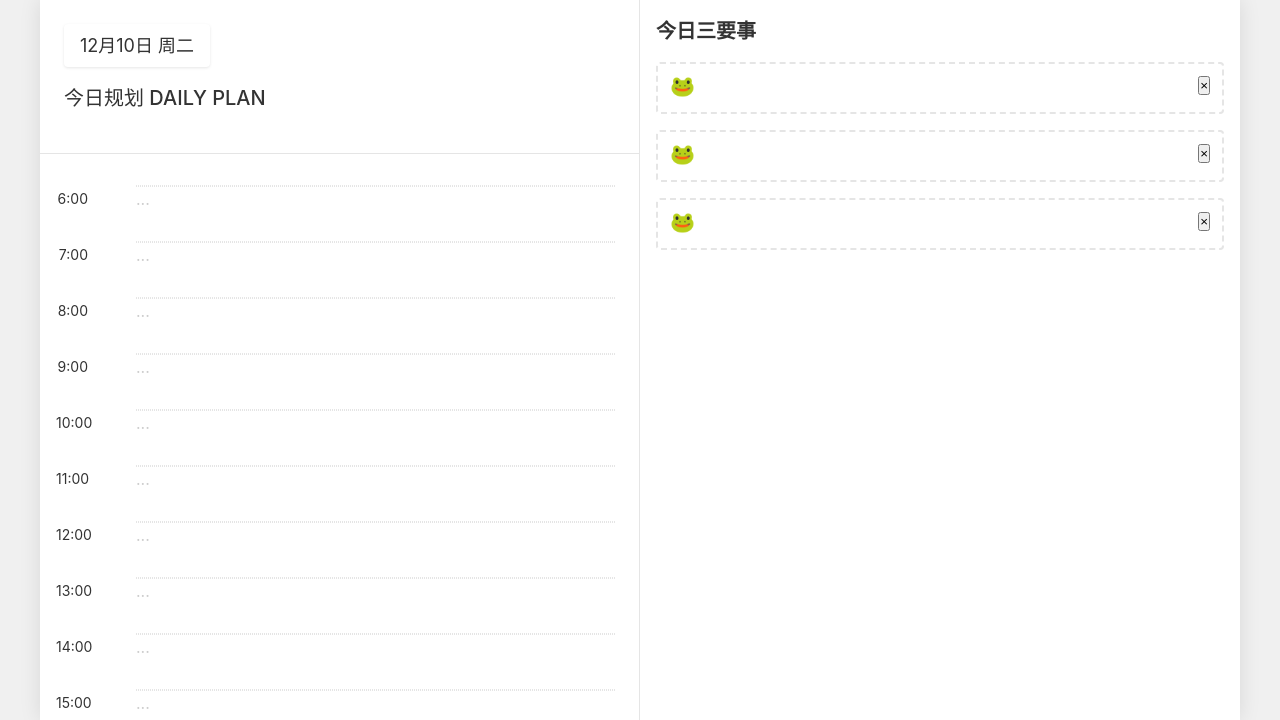
Repository: a6288a/Daily-Planner
Page: index.html
The author's editor kept a copy of each file at every save. The page is drawn from the files as they stood at one save, then again after the next save.
The browser window is 1280 px wide. The pictures show the whole page.
An inner scrolling area shows only its first screen.

Above is the page before, as saved 2024-12-10 17:34:08.

### index.html
<!DOCTYPE html>
<html lang="zh">
<head>
    <meta charset="UTF-8">
    <meta name="viewport" content="width=device-width, initial-scale=1.0">
    <title>每日规划笔记本</title>
    <link rel="stylesheet" href="styles.css">
</head>
<body>
    <div class="container">
        <!-- 左侧时间轴区域 -->
        <div class="timeline-area">
            <!-- 顶部日期区域 -->
            <div class="date-header">
                <div class="current-date" id="current-date">
                    <!-- 日期将通过 JS 动态生成 -->
                </div>
                <h1 class="page-title">今日规划 DAILY PLAN</h1>
            </div>
            <div class="timeline-container" id="timeline-container">
                <!-- 时间轴将通过 JS 动态生成 -->
            </div>
        </div>

        <!-- 右侧区域 -->
        <div class="right-area">
            <!-- 三只青蛙区域 -->
            <div class="frogs-area">
                <h2 class="frogs-title">今日三要事</h2>
                <div class="frog-tasks">
                    <div class="frog-task">
                        <span class="frog-emoji">🐸</span>
                        <div class="task-content" data-index="0">点击设置重要事项</div>
                        <button class="task-clear" title="清除">×</button>
                    </div>
                    <div class="frog-task">
                        <span class="frog-emoji">🐸</span>
                        <div class="task-content" data-index="1">点击设置重要事项</div>
                        <button class="task-clear" title="清除">×</button>
                    </div>
                    <div class="frog-task">
                        <span class="frog-emoji">🐸</span>
                        <div class="task-content" data-index="2">点击设置重要事项</div>
                        <button class="task-clear" title="清除">×</button>
                    </div>
                </div>
            </div>

            <!-- 自由记录区域 -->
            <div class="free-area" id="free-area">
                <!-- 便签将通过 JS 动态生成 -->
            </div>
        </div>
    </div>
    <script src="script.js"></script>
</body>
</html>

### styles.css
:root {
    /* 纸张风格颜色变量 */
    --paper-color: #ffffff;
    --ink-color: #333333;
    --dot-color: #cccccc;
    --line-color: #e5e5e5;
    --accent-color: #4a90e2;

    /* 间距变量 */
    --spacing-unit: 8px;

    /* 字体变量 */
    --title-font: 'PingFang SC', -apple-system, BlinkMacSystemFont, 'Segoe UI', Roboto, sans-serif;
}

* {
    margin: 0;
    padding: 0;
    box-sizing: border-box;
}

body {
    font-family: var(--title-font);
    color: var(--ink-color);
    background-color: #f0f0f0;
    line-height: 1.5;
}

.container {
    display: grid;
    grid-template-columns: 1fr 1fr;
    min-height: 100vh;
    width: 100%;
    max-width: 1200px;
    margin: 0 auto;
    background: var(--paper-color);
    box-shadow: 0 0 20px rgba(0,0,0,0.1);
}

/* 日期头部样式 */
.date-header {
    padding: calc(var(--spacing-unit) * 3);
    border-bottom: 1px solid var(--line-color);
}

.page-title {
    font-size: 1.25rem;
    font-weight: 500;
    margin-bottom: calc(var(--spacing-unit) * 2);
    color: var(--ink-color);
}

.calendar {
    font-size: 0.75rem;
    color: var(--ink-color);
}

.month-grid {
    display: grid;
    grid-template-columns: repeat(12, 1fr);
    gap: 4px;
    margin-bottom: calc(var(--spacing-unit) * 2);
}

.weekday-row {
    display: grid;
    grid-template-columns: repeat(7, 1fr);
    gap: 4px;
}

/* 时间轴区域样式 */
.timeline-area {
    border-right: 1px solid var(--line-color);
    background: var(--paper-color);
    height: 100vh;
    overflow-y: auto;
    padding: 0;
}

.timeline-container {
    padding: calc(var(--spacing-unit) * 2);
}

.time-slot {
    position: relative;
    padding: calc(var(--spacing-unit) * 1.5) 0;
    margin-left: calc(var(--spacing-unit) * 6);
    min-height: 32px;
    display: flex;
    align-items: center;
}

.time-label {
    position: absolute;
    left: calc(var(--spacing-unit) * -6);
    top: 50%;
    transform: translateY(-50%);
    font-size: 0.875rem;
    color: var(--ink-color);
    width: calc(var(--spacing-unit) * 4);
    text-align: right;
}

.time-content {
    position: relative;
    flex: 1;
    margin-left: calc(var(--spacing-unit) * 3);
    min-height: 24px;
    padding: 4px 8px;
    cursor: text;
    z-index: 1;
}

/* 点状引导线 */
.time-content::before {
    content: '';
    position: absolute;
    left: calc(var(--spacing-unit) * -2);
    right: 8px;
    top: 50%;
    border-top: 1px dotted var(--dot-color);
    z-index: -1;
}

/* 时间轴内容的占位符 */
.time-content:empty::before {
    content: '...';
    color: var(--dot-color);
    position: absolute;
    left: 8px;
    top: 50%;
    transform: translateY(-50%);
    z-index: 0;
}

/* 时间轴内容的编辑状态 */
.time-content:focus {
    outline: none;
    background-color: rgba(74, 144, 226, 0.05);
}

.time-content:hover {
    background-color: rgba(0, 0, 0, 0.02);
}

/* 自由区域样式 */
.free-area {
    flex: 1;
    overflow: auto;
    padding: calc(var(--spacing-unit) * 2);
    position: relative;
    overflow: hidden;
}

.note {
    position: absolute;
    min-width: 200px;
    min-height: 120px;
    max-width: calc(100% - 20px);
    max-height: calc(100% - 20px);
    background: var(--paper-color);
    border-radius: 4px;
    padding: 0;
    box-shadow: 0 2px 4px rgba(0,0,0,0.1);
    user-select: none;
    transform: translate3d(0, 0, 0);
    transition: box-shadow 0.2s ease;
}

.note:hover {
    box-shadow: 0 4px 8px rgba(0,0,0,0.15);
}

.editable {
    width: 100%;
    height: 100%;
    border: none;
    resize: none;
    font-family: inherit;
    font-size: 0.9375rem;
    color: var(--text-primary);
    background: transparent;
    padding: 0;
}

.editable:focus {
    outline: none;
}

/* 响应式设计 */
@media (max-width: 768px) {
    .container {
        grid-template-columns: 1fr; /* 在小屏幕上堆叠显示 */
    }

    .timeline-area,
    .right-area {
        height: 50vh; /* 上下各占一半 */
    }

    .time-label {
        font-size: 0.75rem;
        left: calc(var(--spacing-unit) * -6);
    }

    .note {
        min-width: 160px;
        min-height: 100px;
    }
}

/* 滚动条美化 */
::-webkit-scrollbar {
    width: 8px;
}

::-webkit-scrollbar-track {
    background: var(--background-color);
}

::-webkit-scrollbar-thumb {
    background: var(--primary-light);
    border-radius: 4px;
}

::-webkit-scrollbar-thumb:hover {
    background: var(--primary-color);
}

/* 修改右侧区域结构 */
.right-area {
    display: flex;
    flex-direction: column;
    height: 100vh;
    background: var(--background-color);
}

/* 三只蛙区域样式 */
.frogs-area {
    background: var(--surface-color);
    padding: calc(var(--spacing-unit) * 2);
    box-shadow: var(--shadow-1);
    border-bottom: 1px solid var(--border-color);
}

.frogs-title {
    font-size: 1.25rem;
    color: var(--text-primary);
    margin-bottom: calc(var(--spacing-unit) * 2);
    display: flex;
    align-items: center;
    gap: var(--spacing-unit);
}

.frog-emoji {
    font-size: 1.25rem;
    line-height: 1;
}

.frog-tasks {
    display: grid;
    gap: calc(var(--spacing-unit) * 2);
    margin-bottom: var(--spacing-unit);
}

.frog-task {
    display: flex;
    align-items: flex-start;
    gap: calc(var(--spacing-unit) * 2);
    padding: calc(var(--spacing-unit) * 1.5);
    background: var(--paper-color);
    border: 2px dashed var(--line-color);
    border-radius: 4px;
    min-height: calc(var(--spacing-unit) * 6);
    transition: all 0.2s ease;
}

.frog-task:empty::before {
    content: attr(data-placeholder);
    color: var(--dot-color);
    position: absolute;
    pointer-events: none;
}

.frog-task:hover {
    border-color: var(--primary-color);
    box-shadow: var(--shadow-1);
}

.frog-task:focus {
    outline: none;
    border-color: var(--primary-color);
    box-shadow: var(--shadow-2);
}

/* 修改自由区域样式 */
.free-area {
    flex: 1;
    overflow: auto;
    padding: calc(var(--spacing-unit) * 2);
    position: relative;
}

/* 响应式设计更新 */
@media (max-width: 768px) {
    .container {
        grid-template-columns: 1fr;
    }

    .timeline-area,
    .right-area {
        height: 50vh;
    }

    .frogs-area {
        padding: var(--spacing-unit);
    }

    .frog-tasks {
        gap: var(--spacing-unit);
    }

    .frog-task {
        padding: var(--spacing-unit);
        min-height: calc(var(--spacing-unit) * 5);
    }
}

/* 修改日期头部样式 */
.current-date {
    font-size: 1rem;
    color: var(--ink-color);
    margin-bottom: calc(var(--spacing-unit) * 2);
    cursor: pointer;
    display: inline-block;
    padding: 8px 16px;
    border-radius: 4px;
    background-color: var(--paper-color);
    box-shadow: 0 1px 3px rgba(0,0,0,0.1);
    transition: all 0.2s ease;
}

.current-date:hover {
    background-color: var(--line-color);
    box-shadow: 0 2px 5px rgba(0,0,0,0.15);
}

/* 修改签样式 */
.note {
    position: absolute;
    min-width: 200px;
    min-height: 120px;
    background: var(--paper-color);
    border-radius: 4px;
    padding: 0;
    box-shadow: 0 2px 4px rgba(0,0,0,0.1);
    user-select: none;
    transform: translate3d(0, 0, 0);
}

.note-header {
    padding: 8px;
    background-color: rgba(0, 0, 0, 0.02);
    border-top-left-radius: 4px;
    border-top-right-radius: 4px;
    border-bottom: 1px solid var(--line-color);
    cursor: grab;
}

.note-header:active {
    cursor: grabbing;
}

.note-content {
    padding: calc(var(--spacing-unit) * 2);
    min-height: 80px;
    user-select: text;
}

.note-header {
    display: flex;
    justify-content: flex-end;
    margin-bottom: var(--spacing-unit);
}

.delete-note {
    background: none;
    border: none;
    color: var(--ink-color);
    cursor: pointer;
    padding: 4px;
    opacity: 0.6;
    transition: opacity 0.2s;
}

.delete-note:hover {
    opacity: 1;
}

/* 修改青蛙任务样式 */
.frog-task {
    display: flex;
    align-items: flex-start;
    gap: calc(var(--spacing-unit) * 2);
    padding: calc(var(--spacing-unit) * 1.5);
    background: var(--paper-color);
    border: 2px dashed var(--line-color);
    border-radius: 4px;
    min-height: calc(var(--spacing-unit) * 6);
    transition: all 0.2s ease;
}

.frog-emoji {
    font-size: 1.25rem;
    line-height: 1;
}

.task-content {
    flex: 1;
    min-height: 24px;
    position: relative;
    pointer-events: none;
}

.task-content:empty::before {
    content: attr(data-placeholder);
    color: var(--dot-color);
    position: absolute;
    pointer-events: none;
}

/* 拖拽相关样式 */
.dragging {
    opacity: 0.5;
    cursor: grabbing;
}

.drag-over {
    border-color: var(--accent-color);
    background-color: rgba(74, 144, 226, 0.1);
    transform: scale(1.02);
}

/* 日期显示样式 */
.current-date {
    font-size: 1rem;
    color: var(--ink-color);
    margin-bottom: calc(var(--spacing-unit) * 2);
    cursor: pointer;
    display: inline-block;
    padding: 8px 16px;
    border-radius: 4px;
    background-color: var(--paper-color);
    box-shadow: 0 1px 3px rgba(0,0,0,0.1);
    transition: all 0.2s ease;
}

.current-date:hover {
    background-color: var(--line-color);
    box-shadow: 0 2px 5px rgba(0,0,0,0.15);
}

/* 便签内容样式 */
.note-content {
    min-height: 60px;
    outline: none;
    padding: 4px;
}

.note-content:focus {
    background-color: rgba(74, 144, 226, 0.05);
}

/* 日期选择器容器 */
.date-picker-container {
    position: relative;
    margin-bottom: calc(var(--spacing-unit) * 2);
}

.current-date {
    font-size: 1.125rem;
    color: var(--ink-color);
    cursor: pointer;
    display: inline-block;
    padding: 8px 16px;
    border-radius: 4px;
    background-color: var(--paper-color);
    box-shadow: 0 1px 3px rgba(0,0,0,0.1);
    transition: all 0.2s ease;
    user-select: none;
}

.current-date:hover {
    background-color: var(--line-color);
    box-shadow: 0 2px 5px rgba(0,0,0,0.15);
}

/* 自定义日期选择样式 */
input[type="date"] {
    position: absolute;
    top: 0;
    left: 0;
    opacity: 0;
    width: 100%;
    height: 100%;
    cursor: pointer;
}

.note {
    transition: transform 0.2s ease;
}

.dragging-to-frog {
    transform: scale(0.95);
    opacity: 0.8;
    cursor: move !important;
}

.dragging {
    opacity: 0.5;
}

Loaded but not shown: script.js (503 lines, source omitted)

After the next save:
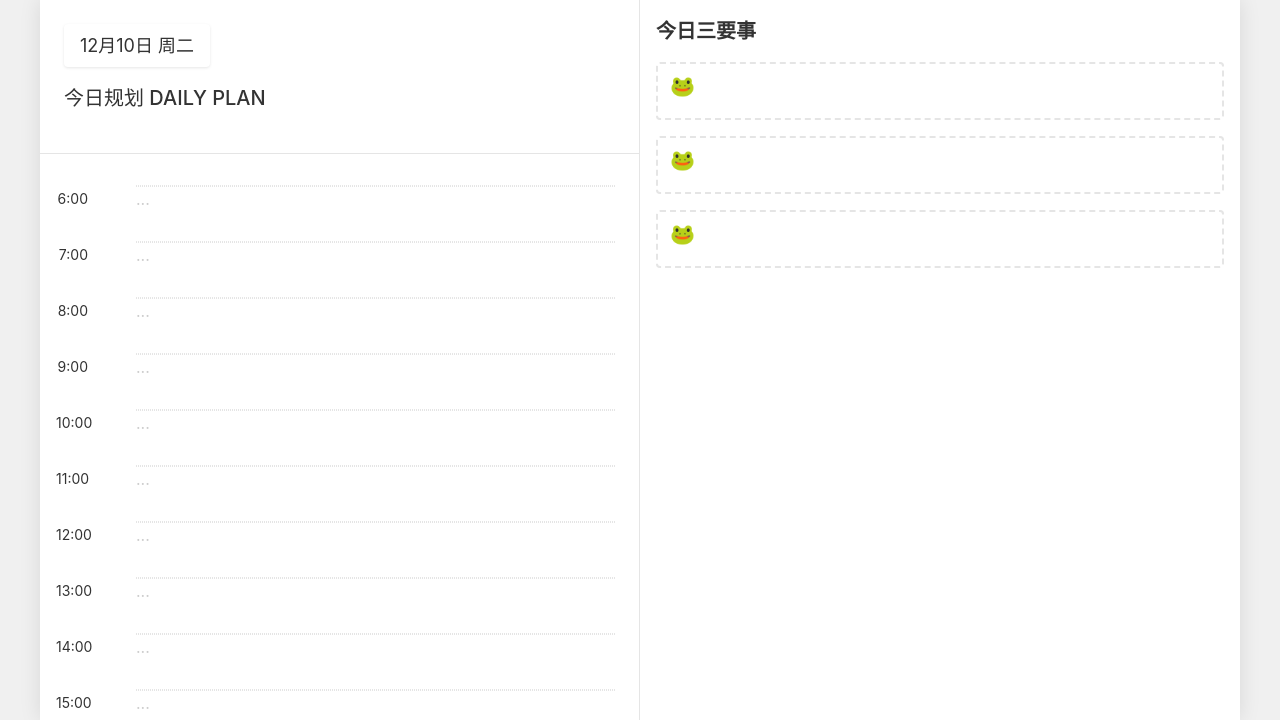
Saved 7 s later.
--- a/styles.css
+++ b/styles.css
@@ -265,7 +265,7 @@ body {
 
 .frog-task {
     display: flex;
-    align-items: flex-start;
+    align-items: center;
     gap: calc(var(--spacing-unit) * 2);
     padding: calc(var(--spacing-unit) * 1.5);
     background: var(--paper-color);
@@ -273,24 +273,41 @@ body {
     border-radius: 4px;
     min-height: calc(var(--spacing-unit) * 6);
     transition: all 0.2s ease;
-}
-
-.frog-task:empty::before {
-    content: attr(data-placeholder);
-    color: var(--dot-color);
-    position: absolute;
-    pointer-events: none;
+    cursor: pointer;
 }
 
 .frog-task:hover {
-    border-color: var(--primary-color);
-    box-shadow: var(--shadow-1);
-}
-
-.frog-task:focus {
-    outline: none;
-    border-color: var(--primary-color);
-    box-shadow: var(--shadow-2);
+    border-color: var(--accent-color);
+    background-color: rgba(74, 144, 226, 0.05);
+}
+
+.task-content {
+    flex: 1;
+    color: var(--text-secondary);
+}
+
+.task-content.has-content {
+    color: var(--ink-color);
+}
+
+.task-clear {
+    opacity: 0;
+    background: none;
+    border: none;
+    font-size: 1.2rem;
+    color: var(--text-secondary);
+    cursor: pointer;
+    padding: 4px;
+    transition: all 0.2s ease;
+}
+
+.frog-task:hover .task-clear {
+    opacity: 0.6;
+}
+
+.task-clear:hover {
+    opacity: 1 !important;
+    color: #ff4444;
 }
 
 /* 修改自由区域样式 */
